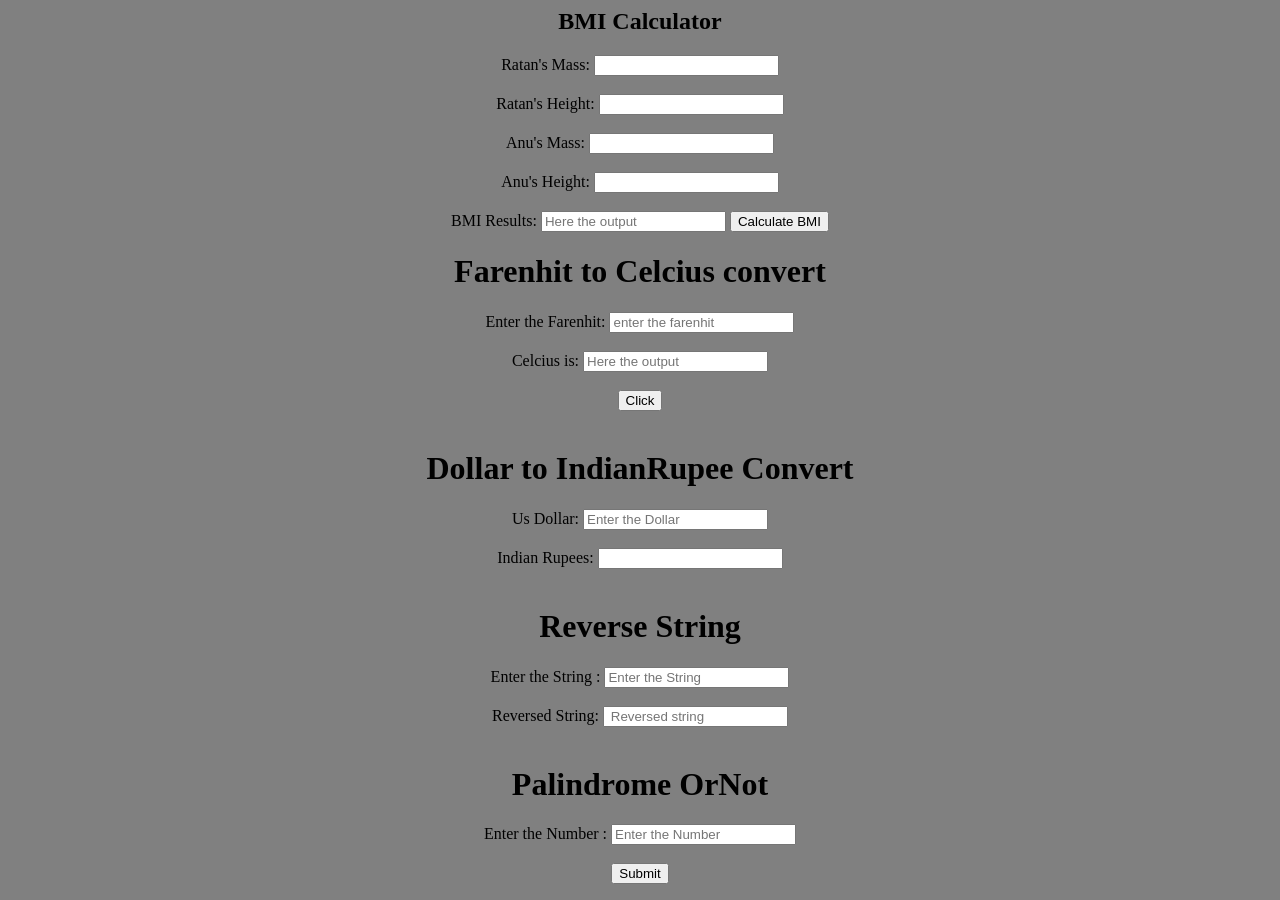
Repository: thatipallyvinod/AdvanceJava
Page: JAVASCRIPT/src/main/webapp/jsp.html
An editor plug-in stored every save of this project. The page is shown before and after the next save, followed by the edit.
The browser window is 1280 px wide. The pictures show the whole page.

Above is the page before, as saved 2024-03-25 08:27:30.

After the next save:
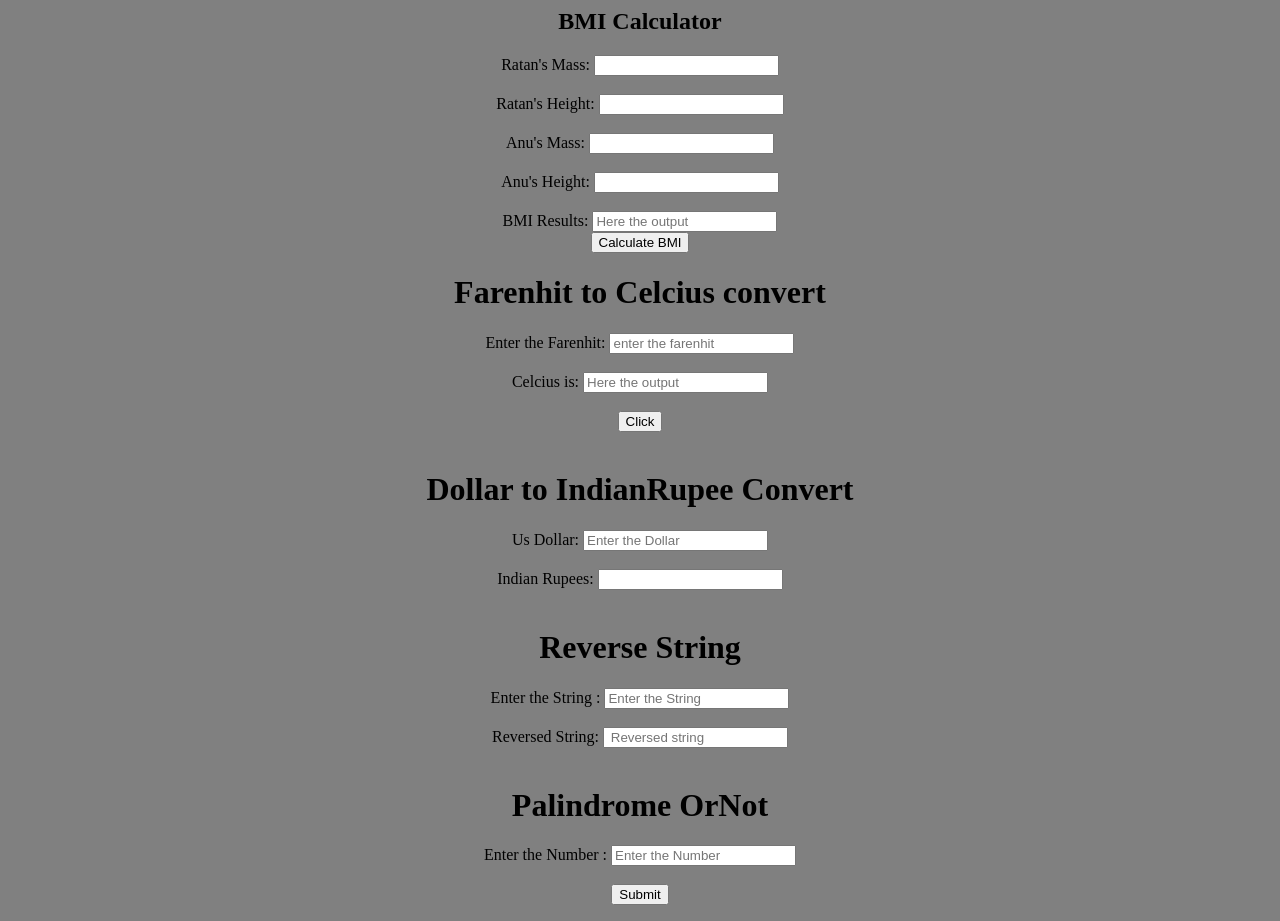
Saved 13 s later.
--- a/JAVASCRIPT/src/main/webapp/jsp.html
+++ b/JAVASCRIPT/src/main/webapp/jsp.html
@@ -19,7 +19,7 @@
     <input type="number" id="anuHeight" name="anuHeight"><br><br>
 
 <label for="bmiResults">BMI Results:</label>
-<input type="text" id="bmiResults" placeholder="Here the output" readonly>
+<input type="text" id="bmiResults" placeholder="Here the output" readonly><br>
  <button type="button" onclick="calculateBMI()">Calculate BMI</button>
 </form>
 </body>
